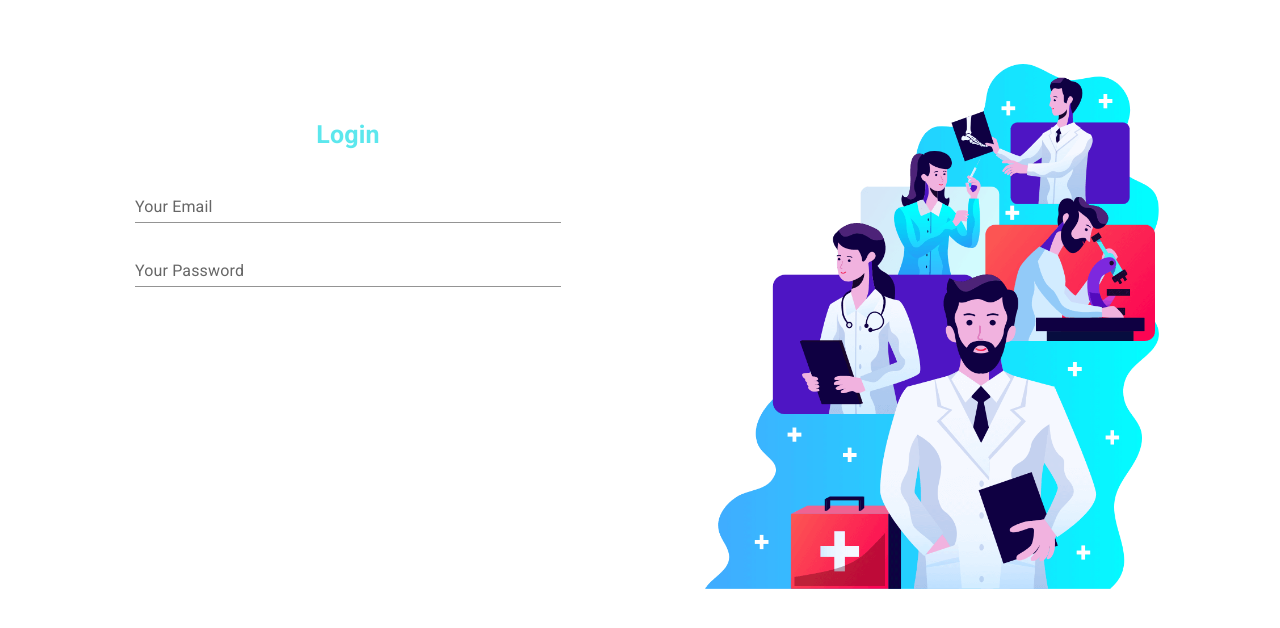
Repository: Sharif-00112/doctors-portal-client
Page: /login
The author's editor kept a copy of each file at every save. The page is drawn from the files as they stood at one save, then again after the next save.
The browser window is 1280 px wide. The pictures show the whole page.
The project was rebuilt for these pictures with package versions that can differ from the ones it lists, and the page was loaded fresh each time. Also part of the build but not shown: src/Pages/Shared/Footer/Footer.js, src/Pages/Shared/Navigation/Navigation.js, src/Pages/Home/AppointmentBanner/AppointmentBanner.js, src/Pages/Home/Banner/Banner.js, src/Pages/Home/Contact/Contact.js, src/Pages/Home/Service/Service.js, src/Pages/Home/Services/Services.js, src/Pages/Home/Story/Story.js and 7 more.

Above is the page before, as saved 2022-11-06 16:42:40.

### public/index.html
<!DOCTYPE html>
<html lang="en">
  <head>
    <meta charset="utf-8" />
    <link rel="icon" href="%PUBLIC_URL%/favicon.ico" />
    <meta name="viewport" content="width=device-width, initial-scale=1" />
    <meta name="theme-color" content="#000000" />
    <meta
      name="description"
      content="Web site created using create-react-app"
    />
    <link
      rel="stylesheet" href="https://fonts.googleapis.com/css?family=Roboto:300,400,500,700&display=swap"
    />

    <link rel="apple-touch-icon" href="%PUBLIC_URL%/logo192.png" />
    <!--
      manifest.json provides metadata used when your web app is installed on a
      user's mobile device or desktop. See https://developers.google.com/web/fundamentals/web-app-manifest/
    -->
    <link rel="manifest" href="%PUBLIC_URL%/manifest.json" />
    <!--
      Notice the use of %PUBLIC_URL% in the tags above.
      It will be replaced with the URL of the `public` folder during the build.
      Only files inside the `public` folder can be referenced from the HTML.

      Unlike "/favicon.ico" or "favicon.ico", "%PUBLIC_URL%/favicon.ico" will
      work correctly both with client-side routing and a non-root public URL.
      Learn how to configure a non-root public URL by running `npm run build`.
    -->
    <title>React App</title>
  </head>
  <body>
    <noscript>You need to enable JavaScript to run this app.</noscript>
    <div id="root"></div>
    <!--
      This HTML file is a template.
      If you open it directly in the browser, you will see an empty page.

      You can add webfonts, meta tags, or analytics to this file.
      The build step will place the bundled scripts into the <body> tag.

      To begin the development, run `npm start` or `yarn start`.
      To create a production bundle, use `npm run build` or `yarn build`.
    -->
  </body>
</html>

### src/App.js
import './App.css';
import { BrowserRouter as Router, Route, Routes} from 'react-router-dom';
import Home from './Pages/Home/Home/Home';
import Appointment from './Pages/Appointment/Appointment/Appointment';
import Login from './Pages/Login/Login/Login';

function App() {
  return (
    <div className="App">
      <Router>
        {/* <Header></Header> */}
        <Routes>
          <Route exact path = '/' element={<Home/>}/>
          <Route exact path = '/home' element={<Home/>}/>
          <Route exact path = '/login' element={<Login/>}/>
          <Route exact path = '/appointment' element={<Appointment/>}/>
          <Route exact path = '*' element={<Home/>}/>
        </Routes>
        {/* <Footer></Footer> */}
      </Router>
    </div>
  );
}

export default App;

### src/Pages/Login/Login/Login.js
import React from 'react';
import Box from '@mui/material/Box';
import Paper from '@mui/material/Paper';
import Grid from '@mui/material/Unstable_Grid2';
import { Container } from '@mui/material';
import Typography from '@mui/material/Typography';
import loginImg from '../../../images/images/login.png'
import TextField from '@mui/material/TextField';

const Login = () => {
    const handleLoginSubmit = e => {
        e.preventDefault();

    }

    return (
        <Container sx={{ my:8 }}>
            <Box sx={{ flexGrow: 1 }}>
                <Grid container spacing={2}>
                    <Grid sx={{ mt:5 }} xs={12} md={6}>
                        <Typography sx={{ my:2, fontSize: 25, fontWeight: 600 }} style={{color: '#5CE7ED'}} variant="h4" component="div">
                            Login
                        </Typography>
                        <form onSubmit={ handleLoginSubmit }>
                            <TextField
                                sx={{ width:'75%', m:1 }}
                                id="standard-basic"
                                label="Your Email"
                                variant="standard" />
                            <br />
                            <TextField
                                sx={{ width:'75%', m:1 }}
                                id="standard-basic"
                                label="Your Password"
                                type="password"
                                variant="standard" />
                        </form>

                    </Grid>
                    <Grid xs={12} md={6}>
                        <img style={{ width:'80%' }} src={loginImg} alt="" />
                    </Grid>
                </Grid>
            </Box>
        </Container>
    );
};

export default Login;

Loaded but not shown: src/index.js (common file); src/index.css (common file); src/reportWebVitals.js (common file); src/App.css (common file)

After the next save:
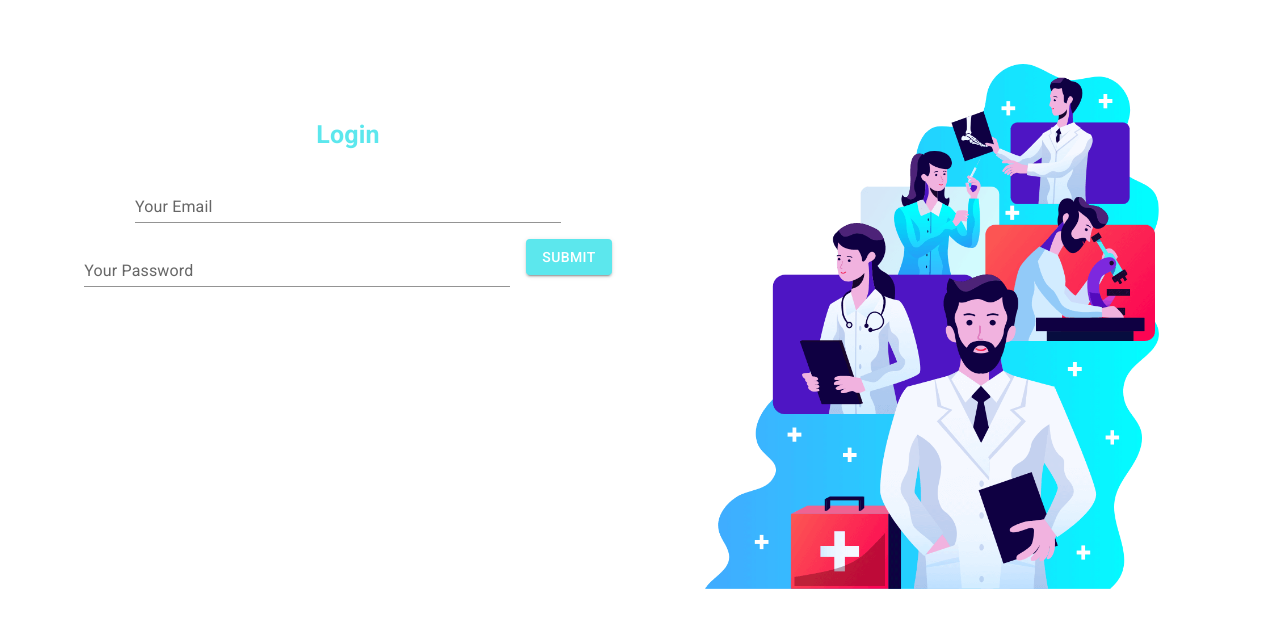
Saved 78 s later.
--- a/src/Pages/Login/Login/Login.js
+++ b/src/Pages/Login/Login/Login.js
@@ -2,7 +2,7 @@ import React from 'react';
 import Box from '@mui/material/Box';
 import Paper from '@mui/material/Paper';
 import Grid from '@mui/material/Unstable_Grid2';
-import { Container } from '@mui/material';
+import { Button, Container } from '@mui/material';
 import Typography from '@mui/material/Typography';
 import loginImg from '../../../images/images/login.png'
 import TextField from '@mui/material/TextField';
@@ -34,6 +34,7 @@ const Login = () => {
                                 label="Your Password"
                                 type="password"
                                 variant="standard" />
+                            <Button type='submit' sx={{m:1}} variant="contained" style={{backgroundColor: '#5CE7ED'}}>Submit</Button>
                         </form>
 
                     </Grid>
